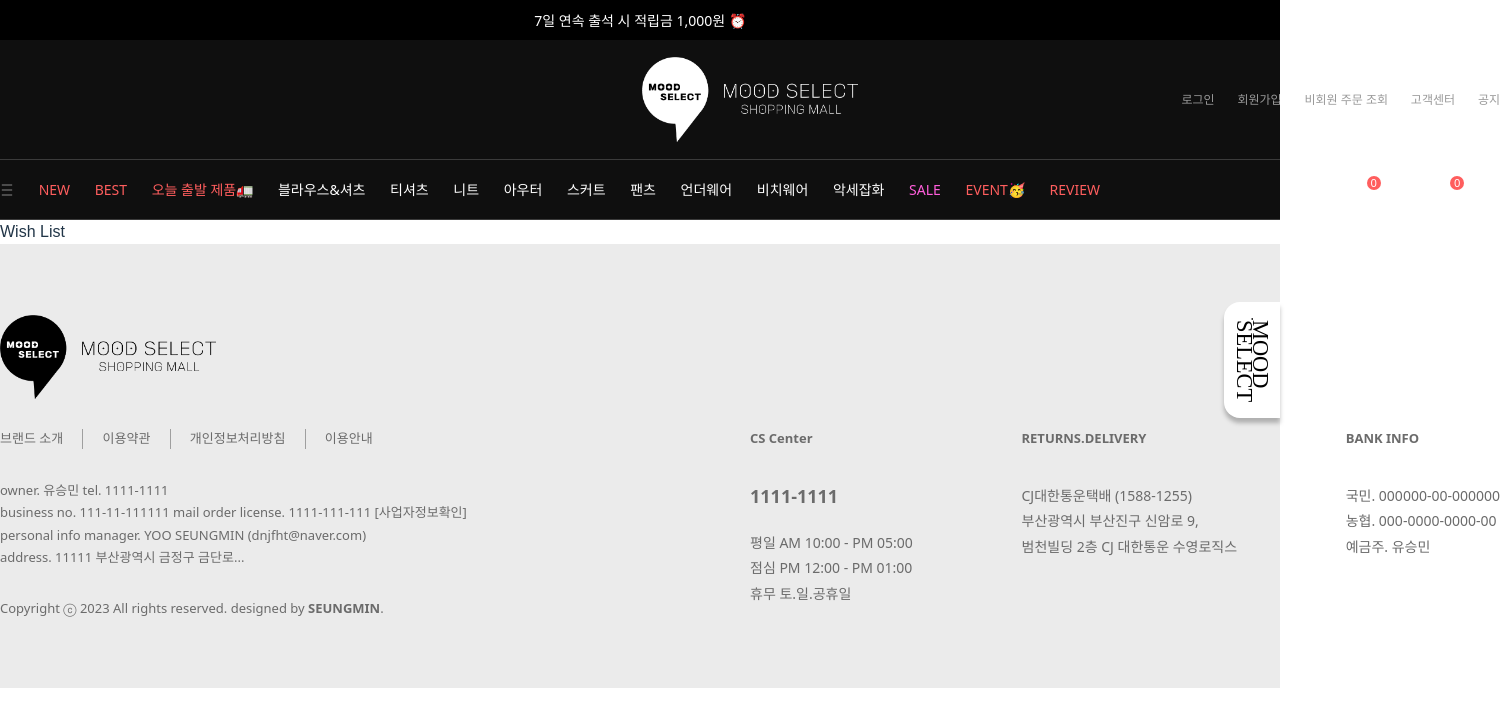
Repository: andrew-tg-song/mood-select
Page: /wish-list (app in packages/frontend/)
The author's editor kept a copy of each file at every save. The page is drawn from the files as they stood at one save, then again after the next save.
The browser window is 1280 px wide. The page is 1500 px wide, so the pictures cover 1500 px, including what lies to the right of the window. The pictures show the whole page.
Some web fonts or font styles are not loaded; a fallback is used. The project was rebuilt for these pictures with package versions that can differ from the ones it lists, and the page was loaded fresh each time. Also part of the build but not shown: packages/frontend/vite.config.ts, packages/frontend/src/ShoppingMallProducts.ts, packages/frontend/src/components/slider/NextArrow.tsx, packages/frontend/src/components/slider/PrevArrow.tsx, packages/frontend/src/components/slider/CardSlider.tsx, packages/frontend/src/components/main/CategoryBanner.tsx, packages/frontend/src/components/main/MainSlider.tsx, packages/frontend/src/components/main/EventBanner.tsx and 13 more. Imported but missing from the stored project, and not drawn on this page: packages/frontend/src/components/product/Product.

Above is the page before, as saved 2023-06-03 19:27:34.

After the next save:
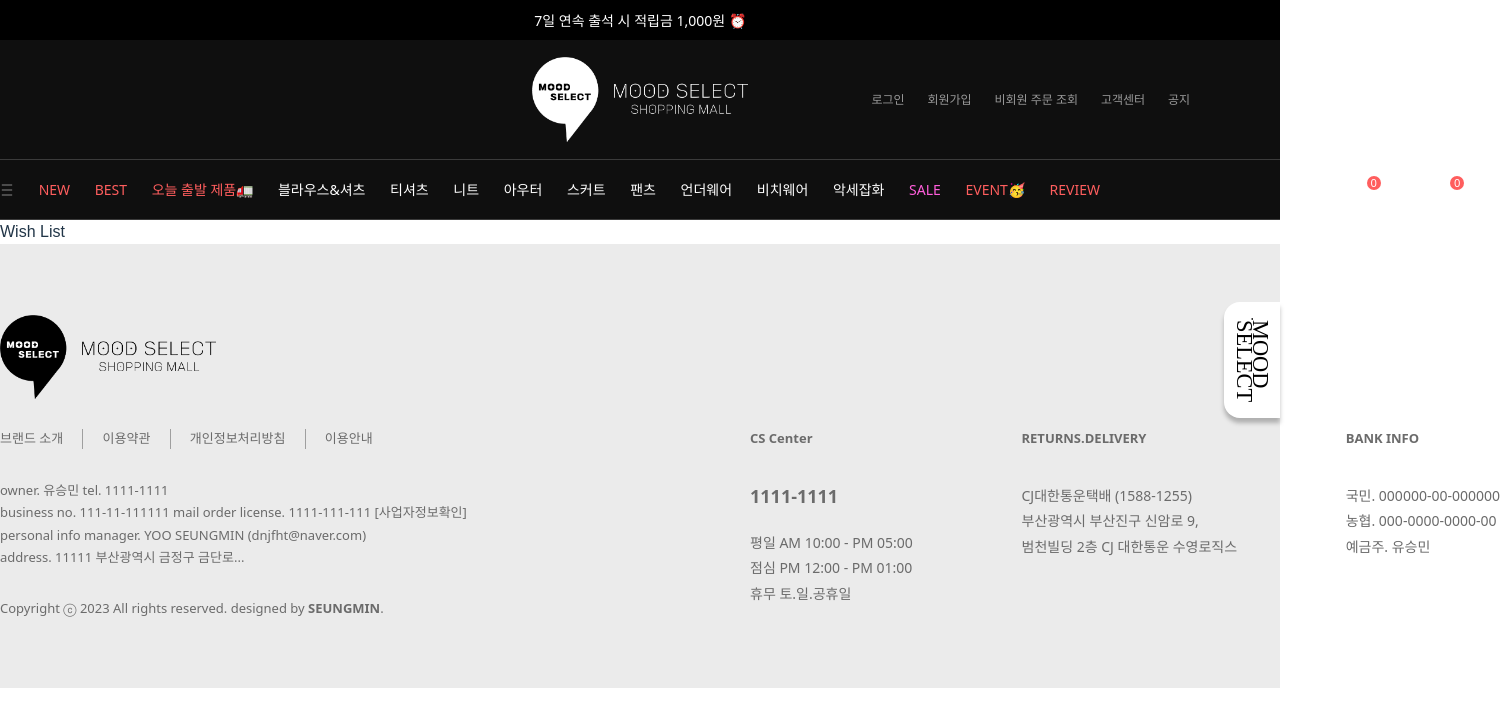
Saved 4 min 53 s later.
--- a/packages/frontend/src/components/NavBar.tsx
+++ b/packages/frontend/src/components/NavBar.tsx
@@ -23,7 +23,7 @@ export default function NavBar() {
           darkMode === 'light' ? 'bg-white border-[#dedede]' : 'bg-[#0f0f0f] border-[#3b3b3b]'
         } w-[100%] h-[120px] border-solid border-b-[0.6px]`}
       >
-        <div className="w-[93.75rem] h-[100%] mx-auto flex flex-row items-center justify-between relative">
+        <div className="w-[93.75rem] xl:w-[68.752rem] h-[100%] mx-auto flex flex-row items-center justify-between relative">
           <div className="w-[216px] h-[100%] flex items-center absolute left-[50%] ml-[-108px]">
             <img src={`${darkMode === 'light' ? darkLogo : lightLogo}`} className="w-[100%] object-cover" />
           </div>
